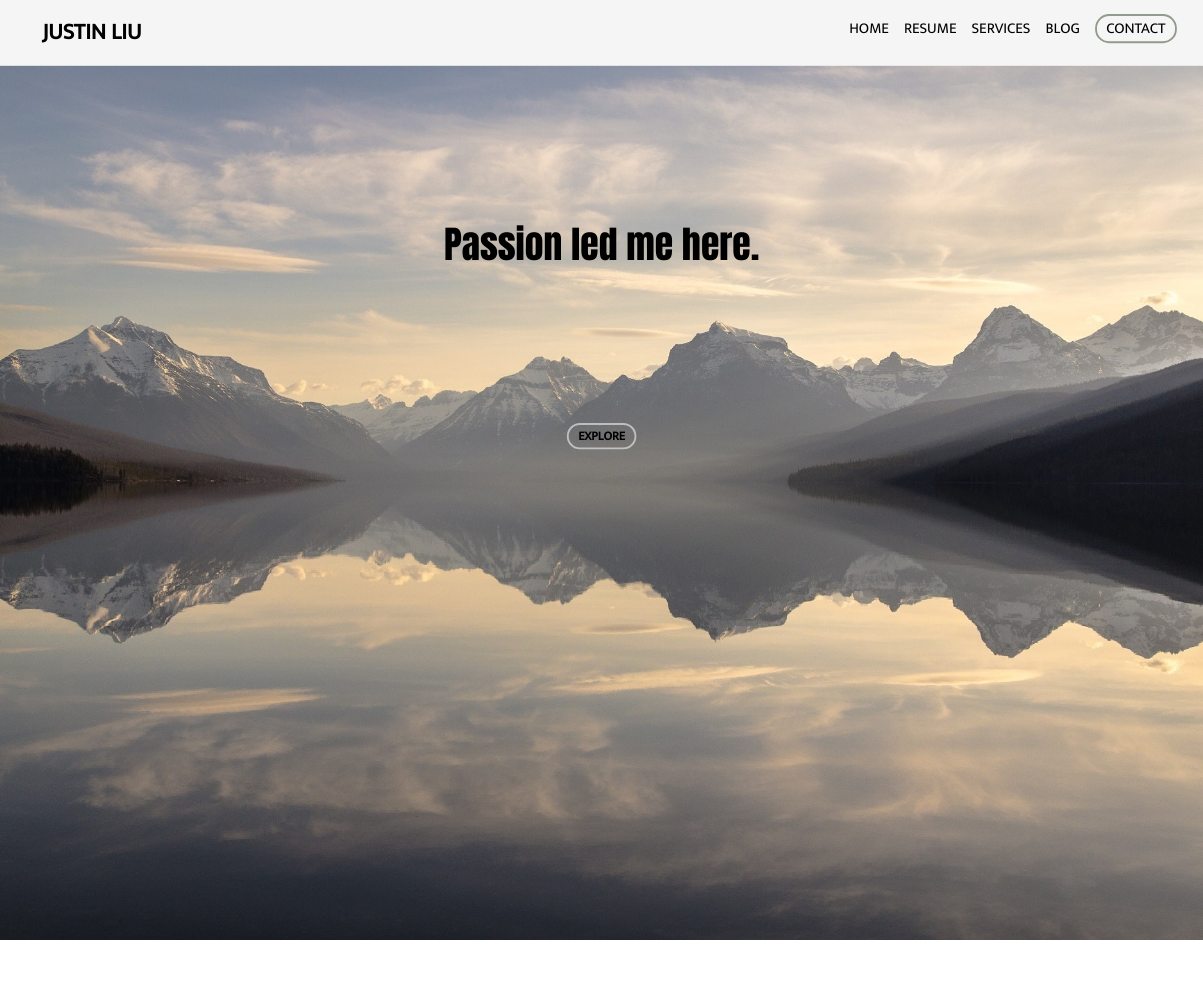
Repository: justinliu88/personal-projects
Page: index.html
An editor plug-in stored every save of this project. The page is shown before and after the next save, followed by the edit.
The browser window is 1280 px wide. The pictures show the whole page, at 94% of full size.
Some web libraries are served in a nearby version. The style sheet was rebuilt from its Sass, Less or Tailwind sources for each picture, by a compiler version that may differ from the author's.

Above is the page before, as saved 2020-03-17 13:18:16.

### index.html
<!DOCTYPE html>
<html lang="en">

<head>
    <meta charset="UTF-8">
    <meta name="viewport" content="width=device-width, initial-scale=1.0">
    <title>Personal Website</title>
    <link rel="stylesheet" href="main.css" type="text/css">
    <link rel="stylesheet" href="https://fonts.googleapis.com/css?family=Mukta&display=swap">
    <link rel="stylesheet" href="https://fonts.googleapis.com/css?family=Anton&display=swap">
    <script src="http://ajax.googleapis.com/ajax/libs/jquery/1.7.1/jquery.min.js" type="text/javascript"></script>
    <script src="./main.js"></script>
</head>

<body>
    <nav class="container-navbar">
        <h2 class="container-navbar__name">JUSTIN LIU</h2>
        <ul class="container-navbar__options">
            <li class="container-navbar__options__buttons">
                <a class="container-navbar__options__link" href="#">HOME</a>
            </li>
            <li class="container-navbar__options__buttons">
                <a class="container-navbar__options__link" href="#">RESUME</a>
            </li>
            <li class="container-navbar__options__buttons">
                <a class="container-navbar__options__link" href="#">SERVICES</a>
            </li>
            <li class="container-navbar__options__buttons">
                <a class="container-navbar__options__link" href="#">BLOG</a>
            </li>
            <li class="container-navbar__options__buttons">
                <a id="contactLink" class="container-navbar__options__link" href="#">CONTACT</a>
            </li>
        </ul>
    </nav>

    <div class="container-slogan">
        <p class="container-slogan__content">
            Passion led me here.
        </p>
        <div class="container-slogan__button from-top">
            <button type="button">EXPLORE</button>
        </div>
    </div>



</body>

</html>

### main.scss
body {
    margin: 0px;
    background-image: url("./img/website-background.jpg");
    height: 1000px;
    background-position: center;
    background-repeat: no-repeat;
    background-size: cover;
}

.container-navbar {
    width: auto;
    display: flex;
    flex-direction: row;
    justify-content: space-between;
    background-color: whitesmoke;
    &__name {
        font-family: Mukta;
        font-size: bold;
        font-weight: bolder;
        text-align: center;
        align-items: center;
        padding-left: 30px;
        margin: 15px;
    }
    &__options {
        height: 60px;
        display: flex;
        flex-direction: row;
        list-style: none;
        justify-content: flex-end;
        align-items: center;
        margin: 0px;
        padding-right: 20px;
        &__buttons {
            align-items: center;
            text-align: center;
            padding: 8px;
        }
        &__link {
            font-family: Mukta;
            font-size: bold;
            text-decoration: none;
            transition: all 0.1s ease 0s;
            color: black;
            &:hover {
                color: #919c8c;
                border-bottom: 3px solid #919c8c;
                transition: all 0.1s ease 0s;
            }
        }
        #contactLink {
            border: 2px solid #919c8c;
            border-radius: 15px;
            padding-left: 10px;
            padding-right: 10px;
            &:hover {
                text-shadow: 0px 0px 6px rgba(151, 151, 151, 0.486);
                -webkit-box-shadow: 0px 5px 40px -10px rgba(0, 0, 0, 0.57);
                -moz-box-shadow: 0px 5px 40px -10px rgba(0, 0, 0, 0.57);
                transition: all 0.4s ease 0s;
            }
        }
    }
}

.container-slogan {
    display: flex;
    flex-direction: column;
    justify-content: top;
    align-items: center;
    height: 100%;
    width: 100%;
    &__content {
        font-family: Anton;
        font-size: 40px;
        height: 300px;
        width: 400px;
        display: flex;
        justify-content: center;
        align-items: center;
    }
    &__button button {
        font-family: Mukta;
        font-weight: bold;
        text-decoration: none;
        background-color: Transparent;
        background-repeat: no-repeat;
        border: 2px solid rgba(255, 255, 255, 0.548);
        border-radius: 15px;
        padding-left: 10px;
        padding-right: 10px;
        cursor: pointer;
        overflow: hidden;
        outline: white;
        transition: all 0.4s ease 0s;
        &:hover {
            background: #8a8a8a;
            letter-spacing: 1px;
            -webkit-box-shadow: 0px 5px 40px -10px rgba(0, 0, 0, 0.57);
            -moz-box-shadow: 0px 5px 40px -10px rgba(0, 0, 0, 0.57);
            box-shadow: 5px 40px -10px rgba(0, 0, 0, 0.57);
            transition: all 0.2s ease 0s;
        }
    }
}

Loaded but not shown: main.js (no stored copy; drawn as an empty file)

After the next save:
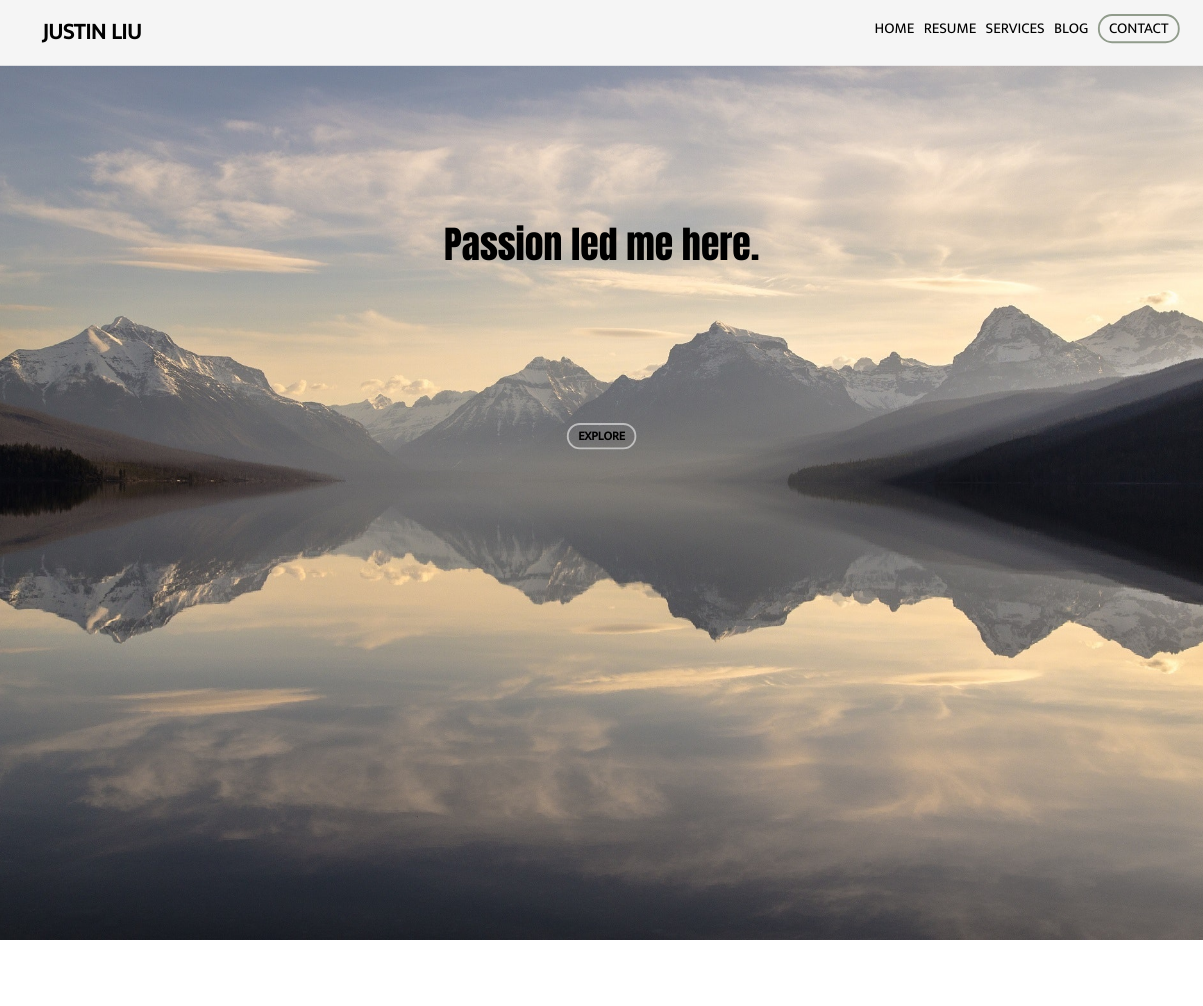
Saved 28 s later.
--- a/main.scss
+++ b/main.scss
@@ -34,7 +34,7 @@ body {
         &__buttons {
             align-items: center;
             text-align: center;
-            padding: 8px;
+            padding: 5px;
         }
         &__link {
             font-family: Mukta;
